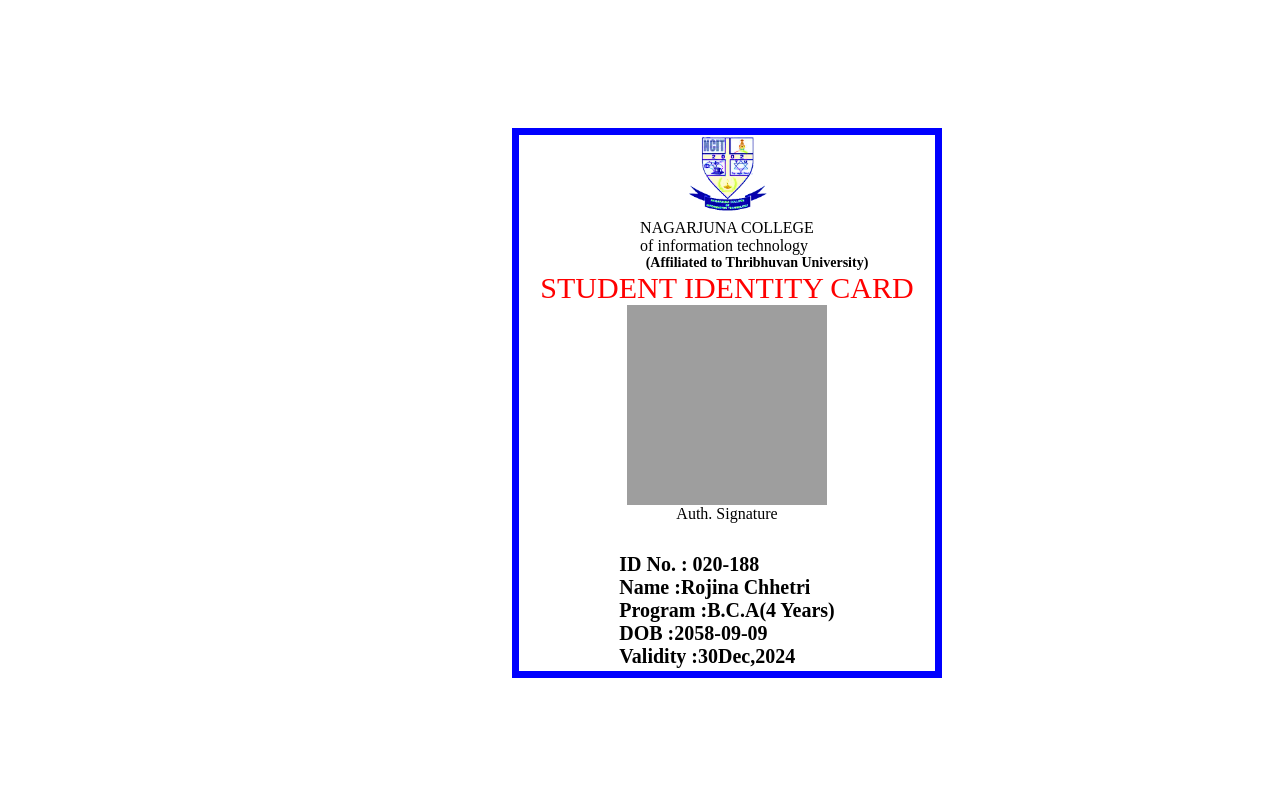
Repository: Rojinachhetri/roji
Page: rojina.html
The author's editor kept a copy of each file at every save. The page is drawn from the files as they stood at one save, then again after the next save.
The browser window is 1280 px wide. The pictures show the whole page.
Pictures or frames that could not be fetched are drawn as grey boxes.

Above is the page before, as saved 2023-04-24 22:24:04.

### rojina.html
<!DOCTYPE html>
<html lang="en">

<head>
    <meta charset="UTF-8">
    <meta http-equiv="X-UA-Compatible" content="IE=edge">
    <meta name="viewport" content="width=device-width, initial-scale=1.0">
    <title>Nagrajuna college</title>
    <link rel="stylesheet" href="rojina.css">
</head>

<body>
    <div class="container">
        <div class="logo">
            <img src="logo1.png" alt="logo" height="80px" width="80px">

        </div>
        <div class="container_text">
            <div class="name">NAGARJUNA COLLEGE</div>
            <div class="class1">of information technology</div>
        </div>
        <div class="header">(Affiliated to Thribhuvan University)
        </div>
        <div class="student">STUDENT IDENTITY CARD</div>
        <div class="hero">
            <img src="./rojinaa.jpg" alt="picture" height="200px" width="200px">
            <div>Auth. Signature</div>
        </div>
        <div class="id">
            <div>ID No. : 020-188</div>
            <div>Name :Rojina Chhetri</div>
            <div>Program :B.C.A(4 Years)</div>
            <div>DOB :2058-09-09</div>
            <div>Validity :30Dec,2024</div>
        </div>

    </div>


</body>

</html>

### rojina.css
    * {
        box-sizing: border-box;
        padding: 0px;
        margin: 0px;
    }

    .container {
        width: 430px;
        height: 550px;
        background-color: white;
        border: 7px solid blue;
        display: flex;
        flex-direction: column;
        align-items: center;
        margin: 10% 40% 10% 40%;
    }

    .header {
        font-size: 14px;
        font-weight: bold;
        margin-left: 60px;
    }

    .hero {
        display: flex;
        flex-direction: column;
        align-items: center;
    }

    .student {
        font-size: 30px;
        font-weight: 500;
        font-family: 'Times New Roman', Times, serif;
        color: red;
    }

    .id {
        font-size: 20px;
        margin-top: 30px;
        font-weight: bold;
    }

After the next save:
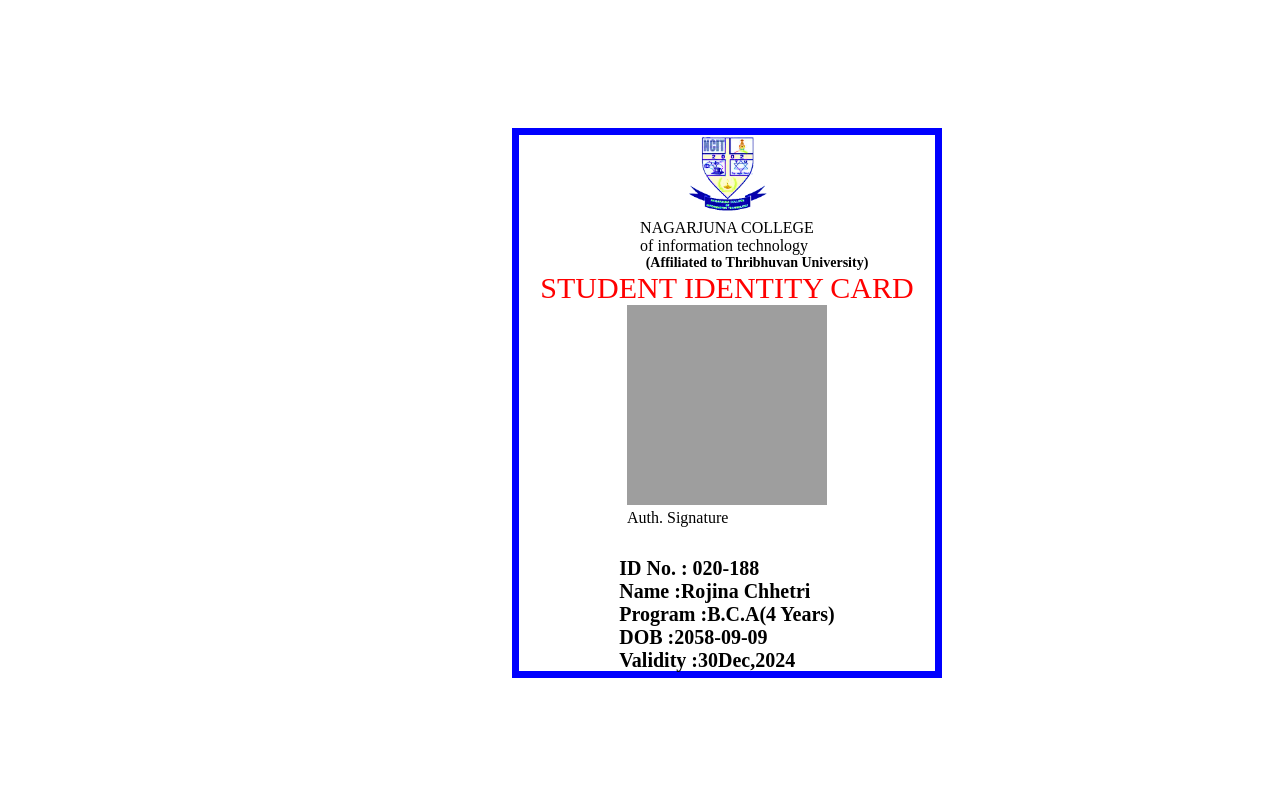
Saved 47 s later.
--- a/rojina.css
+++ b/rojina.css
@@ -21,7 +21,7 @@
         margin-left: 60px;
     }
 
-    .hero {
+    .hero1 {
         display: flex;
         flex-direction: column;
         align-items: center;
